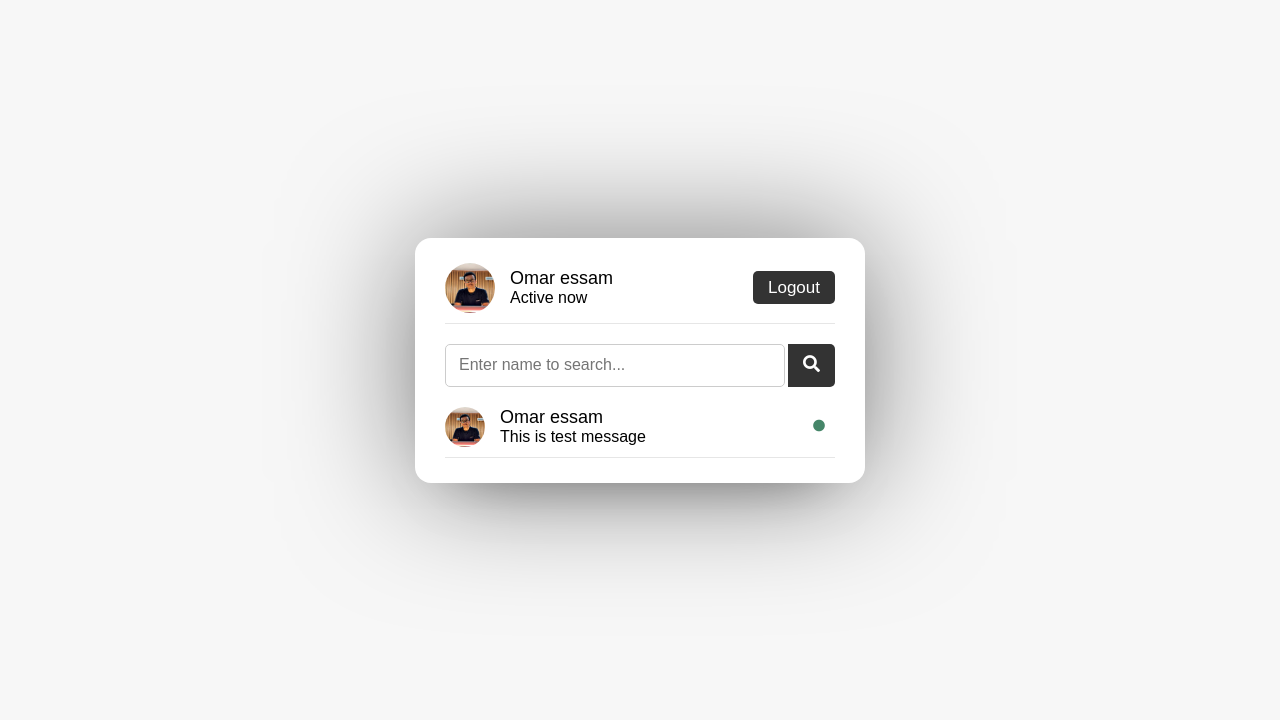
Repository: OmarEssameldinMousa/Chat-Application
Page: users.html
An editor plug-in stored every save of this project. The page is shown before and after the next save, followed by the edit.
The browser window is 1280 px wide. The pictures show the whole page.

Above is the page before, as saved 2023-09-22 15:32:29.

### users.html
<!DOCTYPE html>
<html lang="en">

<head>
    <meta charset="UTF-8">
    <meta name="viewport" content="width=device-width, initial-scale=1.0">
    <title>Realtime Chat App</title>
    <link rel="stylesheet" href="css/normalize.css">
    <link rel="stylesheet" href="css/all.min.css">
    <link rel="stylesheet" href="css/style.css">
</head>

<body>
    <div class="wrapper">
        <section class="users">
            <header>
                <div class="content">
                    <img src="images/124374760.jpg" alt="">
                    <div class="details">
                        <span>Omar essam</span>
                        <p>Active now</p>
                    </div>
                </div>
                <a href="" class="Logout">Logout</a>
            </header>
            <div class="search">
                <span class="text">Select an user to start Chat</span>
                <input type="text" placeholder="Enter name to search...">
                <button><i class="fas fa-search"></i></button>
            </div>
            <div class="users-list">
                <a href="">
                    <div class="content">
                        <img src="images/124374760.jpg" alt="">
                        <div class="details">
                            <span>Omar essam</span>
                            <p>This is test message</p>
                        </div>
                    </div>
                    <div class="status-dot"><i class="fas fa-circle"></i></div>
                </a>
            </div>
        </section>
    </div>
</body>

</html>

### css/style.css
* {
    margin: 0;
    padding: 0;
    box-sizing: border-box;
    text-decoration: none;
    font-family: 'Poppins', sans-serif;
}


body {
    display: flex;
    align-items: center;
    justify-content: center;
    min-height: 100vh;
    background: #f7f7f7;
}

.wrapper {
    background: #fff;
    width: 450px;
    border-radius: 16px;
    box-shadow: 0 0 128px 0 rgba(0, 0, 0, 0.5), 0 32px 64px -48px rgba(0, 0, 0, 0.5);
}

/* Signup Form*/
.form {
    padding: 25px 30px;
}

.form header {
    font-size: 25px;
    font-weight: 600;
    padding-bottom: 10px;
    border-bottom: 1px solid #e6e6e6;
}

.form form {
    margin: 20px 0;
}

.form form .error-txt {
    color: #721c24;
    background: #f8d7da;
    padding: 8px 10px;
    text-align: center;
    border-radius: 5px;
    margin-bottom: 10px;
    border: 1px solid #f5c6cb
}

.form form .name-details {
    display: flex;
}

form .name-details .field:first-child {
    margin-right: 10px;
}

form .name-details .field:last-child {
    margin-left: 10px;
}

.form form .field {
    display: flex;
    flex-direction: column;
    margin-bottom: 10px;
    position: relative;
}

.form form .field label {
    margin-bottom: 2px;
}


.form form .input input {
    outline: none;
}


.form form .input input {
    height: 40px;
    width: 100%;
    font-size: 16px;
    padding: 0 10px;
    border: 1px solid #ccc;
    border-radius: 5px;
}

.form form .image input {
    font-size: 17px;
}

.form form .button input {
    margin-top: 13px;
    height: 45px;
    border: none;
    font-size: 17px;
    font-weight: 500px;
    background: #333;
    color: #fff;
    border-radius: 5px;
    cursor: pointer;
}

.form form .field i {
    position: absolute;
    right: 15px;
    top: 70%;
    transform: translateY(-50%);
    cursor: pointer;
    color: #ccc;
}

.form .link {
    text-align: cetner;
    margin: 10px 0;
    font-size: 17px;
}

.form .link a {
    color: #333;
}

.form .link a:hover {
    text-decoration: underline;
}

.users {
    padding: 25px 30px;
}

.users header,
.users-list a {
    display: flex;
    align-items: center;
    justify-content: center;
    justify-content: space-between;
    border-bottom: 1px solid #e6e6e6;
    padding-bottom: 10px;

}

.wrapper img {
    object-fit: cover;
    border-radius: 50%;
}

:is(.users, .users-list) .content {
    display: flex;
    align-items: center;
}

.users header .content img {
    height: 50px;
    width: 50px;
}

:is(.users, .users-list) .details {
    color: #000;
    margin-left: 15px;
}

:is(.users, .users-list) .details span {
    font-size: 18px;
    font-weight: 500px;
}

.users header .Logout {
    color: #fff;
    padding: 7px 15px;
    background: #333;
    border-radius: 5px;
    font-size: 17px;
}

.users .search {
    margin: 20px 0;
    display: flex;
    justify-content: space-between;
    align-items: center;
    position: relative;
}

.users .search .text {
    font-size: 18px;
}

.users .search input {
    position: absolute;
    height: 43px;
    width: calc(100% - 50px);
    border: 1px solid #ccc;
    padding: 0 13px;
    font-size: 16px;
    border-radius: 5px;
    outline: none;
}

.users .search button {
    width: 47px;
    height: 43px;
    border: none;
    outline: none;
    color: #fff;
    background-color: #333;
    border-radius: 0 5px 5px 0;
    cursor: pointer;
    font-size: 17px;
}

.users-list {}


.users-list a {
    padding-right: 10px;
}

.users-list a .content img {
    height: 40px;
    width: 40px;
}

.users-list a .status-dot {
    font-size: 12px;
    color: #468669;
}

Loaded but not shown: css/normalize.css (library); css/all.min.css (library)

After the next save:
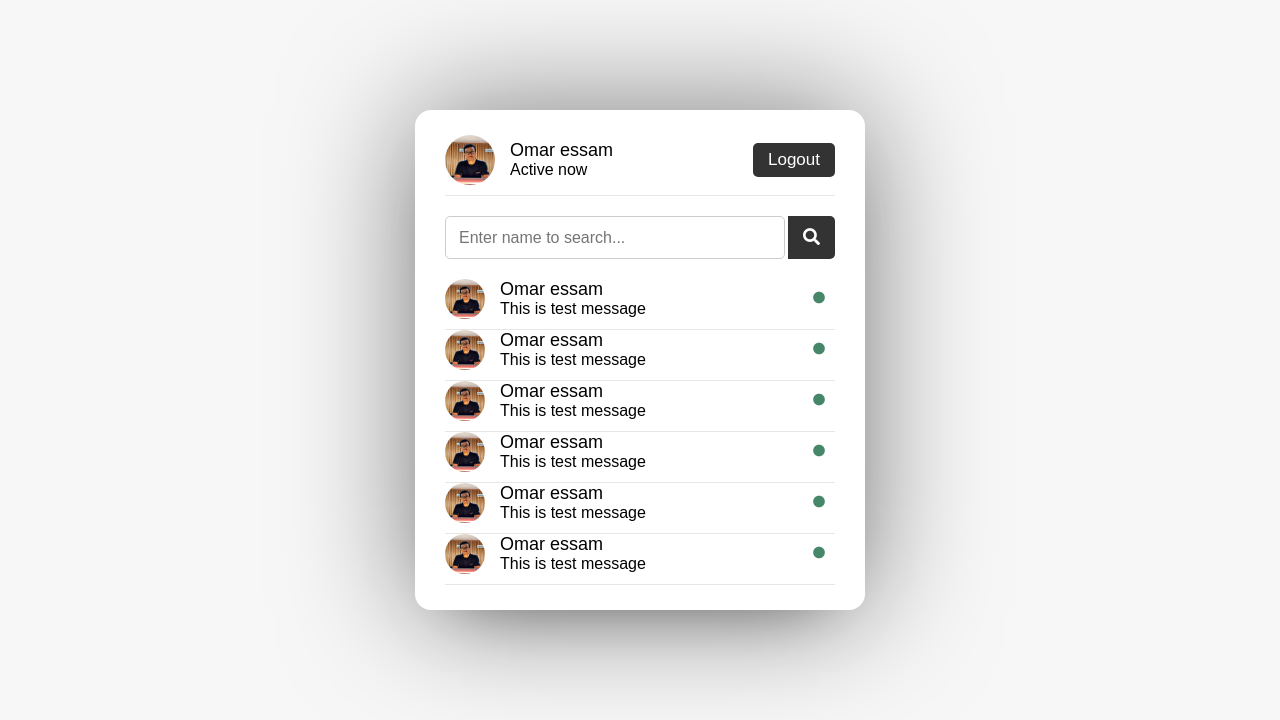
Saved 90 s later.
--- a/users.html
+++ b/users.html
@@ -39,6 +39,61 @@
                     </div>
                     <div class="status-dot"><i class="fas fa-circle"></i></div>
                 </a>
+
+                <a href="">
+                    <div class="content">
+                        <img src="images/124374760.jpg" alt="">
+                        <div class="details">
+                            <span>Omar essam</span>
+                            <p>This is test message</p>
+                        </div>
+                    </div>
+                    <div class="status-dot"><i class="fas fa-circle"></i></div>
+                </a>
+
+                <a href="">
+                    <div class="content">
+                        <img src="images/124374760.jpg" alt="">
+                        <div class="details">
+                            <span>Omar essam</span>
+                            <p>This is test message</p>
+                        </div>
+                    </div>
+                    <div class="status-dot"><i class="fas fa-circle"></i></div>
+                </a>
+
+                <a href="">
+                    <div class="content">
+                        <img src="images/124374760.jpg" alt="">
+                        <div class="details">
+                            <span>Omar essam</span>
+                            <p>This is test message</p>
+                        </div>
+                    </div>
+                    <div class="status-dot"><i class="fas fa-circle"></i></div>
+                </a>
+
+                <a href="">
+                    <div class="content">
+                        <img src="images/124374760.jpg" alt="">
+                        <div class="details">
+                            <span>Omar essam</span>
+                            <p>This is test message</p>
+                        </div>
+                    </div>
+                    <div class="status-dot"><i class="fas fa-circle"></i></div>
+                </a>
+
+                <a href="">
+                    <div class="content">
+                        <img src="images/124374760.jpg" alt="">
+                        <div class="details">
+                            <span>Omar essam</span>
+                            <p>This is test message</p>
+                        </div>
+                    </div>
+                    <div class="status-dot"><i class="fas fa-circle"></i></div>
+                </a>
             </div>
         </section>
     </div>
